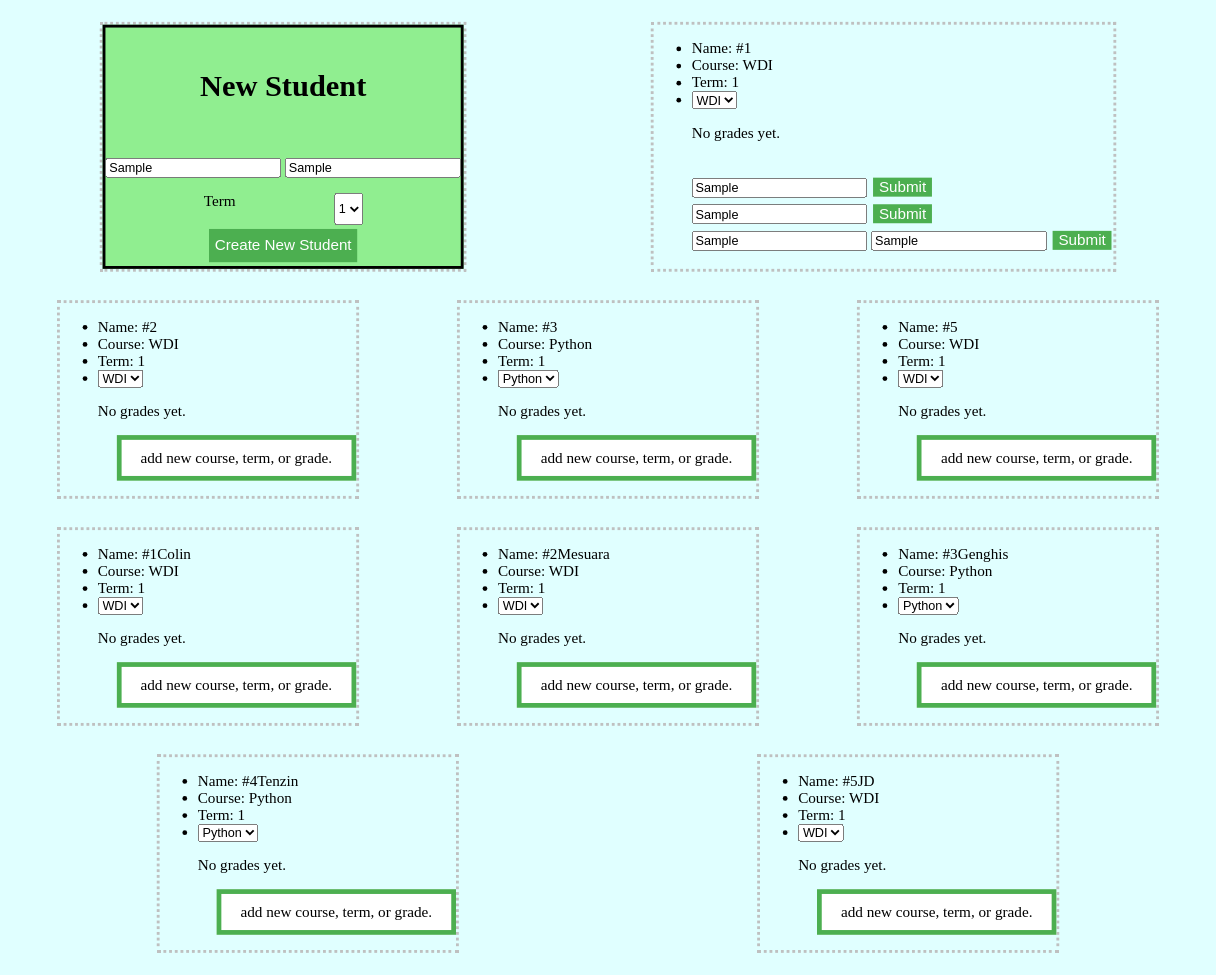
Repository: EdmontDantes/graderaide-fullstack-solution
Page: index.html
These files come from the project's save history. The page is drawn as it stood at one moment and after a run of saves; the edit follows.
The browser window is 1280 px wide. The pictures show the whole page, at 95% of full size.
Empty fields were first filled with sample values (such as "Sample", 5 or name@example.com).
After loading, the first visible `button.new-student-button` was clicked once.

Above is the page before, as saved 2020-04-22 13:47:40.

### index.html
<html lang="en">
  <head>
    <title>Graderaide</title>
    <meta charset="UTF-8">
    <meta name="viewport" content="width=device-width, initial-scale=1">
    <link rel="stylesheet" type="text/css" href="style-index.css">
  </head>

  <body>
    <section class="app">
      <section class="student-display" id="create-new-student-tile">

      <section class="new-student-input">
        <h1 id="text-h1-creation-section">New Student</h1>

        <div id="new-student-input-boxes">
          <input type="text" class="new-student-name" name="new-student-name" placeholder="Student Name">
          <input type="text" class="new-student-course" name="new-student-course" placeholder="Course">
        </div>

        <div id="new-student-input-options"
          <label for="new-student-term">Term</label>
          <select class="new-student-term" name="new-student-term">
            <option value="1">1</option>
            <option value="2">2</option>
            <option value="3">3</option>
          </select>
        </div>
        <section class="new-student-submit">
          <button type="submit" class="new-student-button">Create New Student</button>
        </section>
      </section>
    </section>

      <section class="student-display " id="student-1">
        <ul class="student-info">
          <li>Name: #1</li>
          <li>Course: WDI</li>
          <li>Term: 1</li>
          <li>
            <select class="course-selection">
              <option value="wdi">WDI</option>
            </select>
            <p>No grades yet.</p>
          </li>

          <br>
          <div id="data-grades-input student-1">
            <section>
              <!-- <label for="new-course">New Course:</label> -->
              <input type="text" name="new-course" class="new-course" placeholder="New Course">
              <button type="submit" class="submit-new-course">Submit</button>
            </section>
            <section>
              <!-- <label for="new-term">New Term For Course:</label> -->
              <input type="text" name="new-term" class="new-term" placeholder="New Term For Course">
              <button type="submit" class="submit-new-term">Submit</button>
            </section>
            <section>
              <!-- <label for="new-grade">New Grade:</label> -->
              <input type="text" name="new-grade" class="new-grade" placeholder="New Grade">
              <!-- <label for="new-grade-assignment">Assignment Name:</label> -->
              <input type="text" name="new-grade-assignment" class="new-grade-assignment" placeholder="Assignment Name">
              <button type="submit" class="submit-new-grade-assignment">Submit</button>
            </section>
          </div>
        </ul>
      </section>
      <section class="student-display">
        <ul class="student-info">
          <li>Name: #2</li>
          <li>Course: WDI</li>
          <li>Term: 1</li>
          <li>
            <select class="course-selection">
              <option value="wdi">WDI</option>
            </select>
            <p>No grades yet.</p>
          </li><a href="add.html">add new course, term, or grade.</a>
        </ul>
      </section>

      <section class="student-display">
        <ul class="student-info">
          <li>Name: #3</li>
          <li>Course: Python</li>
          <li>Term: 1</li>
          <li>
            <select class="course-selection">
              <option value="python">Python</option>
            </select>
            <p>No grades yet.</p>
          </li><a href="add.html">add new course, term, or grade.</a>
        </ul>
      </section>



      <section class="student-display">
        <ul class="student-info">
          <li>Name: #5</li>
          <li>Course: WDI</li>
          <li>Term: 1</li>
          <li>
            <select class="course-selection">
              <option value="wdi">WDI</option>
            </select>
            <p>No grades yet.</p>
          </li><a href="add.html">add new course, term, or grade.</a>
        </ul>
      </section>

      <section class="student-display">
        <ul class="student-info">
          <li>Name: #1Colin</li>
          <li>Course: WDI</li>
          <li>Term: 1</li>
          <li>
            <select class="course-selection">
              <option value="wdi">WDI</option>
            </select>
            <p>No grades yet.</p>
          </li><a href="add.html">add new course, term, or grade.</a>
        </ul>
      </section>
      <section class="student-display">
        <ul class="student-info">
          <li>Name: #2Mesuara</li>
          <li>Course: WDI</li>
          <li>Term: 1</li>
          <li>
            <select class="course-selection">
              <option value="wdi">WDI</option>
            </select>
            <p>No grades yet.</p>
          </li><a href="add.html">add new course, term, or grade.</a>
        </ul>
      </section>

      <section class="student-display">
        <ul class="student-info">
          <li>Name: #3Genghis</li>
          <li>Course: Python</li>
          <li>Term: 1</li>
          <li>
            <select class="course-selection">
              <option value="python">Python</option>
            </select>
            <p>No grades yet.</p>
          </li><a href="add.html">add new course, term, or grade.</a>
        </ul>
      </section>

      <section class="student-display">
        <ul class="student-info">
          <li>Name: #4Tenzin</li>
          <li>Course: Python</li>
          <li>Term: 1</li>
          <li>
            <select class="course-selection">
              <option value="python">Python</option>
            </select>
            <p>No grades yet.</p>
          </li><a href="add.html">add new course, term, or grade.</a>
        </ul>
      </section>

      <section class="student-display">
        <ul class="student-info">
          <li>Name: #5JD</li>
          <li>Course: WDI</li>
          <li>Term: 1</li>
          <li>
            <select class="course-selection">
              <option value="wdi">WDI</option>
            </select>
            <p>No grades yet.</p>
          </li><a href="add.html">add new course, term, or grade.</a>
        </ul>
      </section>
      </section>
    </section>
  </body>
  <script src="main.js"></script>
</html>

### style-index.css
body {
    background-color: lightcyan;
    display: flex;
    flex-wrap: wrap;
    justify-content: center;
}

.app {
    display: flex;
    flex-direction: row;
    flex-wrap: wrap;
    justify-content: space-around;
}

#text-h1-creation-section {
    display: flex;
    flex-wrap: wrap;
    justify-content: center;
    font-size: 2em;
}

#new-student-input-options {
    display: flex;
    flex-wrap: wrap;
    flex-direction: row;
    justify-content: space-evenly;
}

.new-student-submit {
    display: flex;
    flex-wrap: wrap;
    justify-content: center;
}

.new-student-input {
    display: grid;

    background-color: lightgreen;
    border: 3px solid black;

}
button {
    background-color: #4CAF50;
    border: none;
    color: white;
    text-align: center;
    text-decoration: none;
    display: inline-block;
    font-size: 16px;
    margin: 4px 2px;
    cursor: pointer;
}

.student-display {
    display: flex;
    justify-content: space-around;
    border: 3px dotted #BFC0C0;
    margin: 15px;
}

.student-info {
    display: flex;
    flex-direction: column;
    justify-content: space-evenly;
}

a {
    background-color: white;
    color: black;
    border: 5px solid #4CAF50;
    padding: 10px 20px;
    text-align: center;
    text-decoration: none;
    display: inline-block;
    font-size: 16px;
    margin-left: 20px;
}

### main.js
/******************
 * YOUR CODE HERE *
 ******************/

const Grade = (assignment, score) => {
    return {
        assignment,
        score,
    }
}

const Term = () => {
    return {
    grades: [],

    addGrade: function(assignment, score) {
        const grade = Grade(assignment, score);
        this.grades.push(grade);
    },
    }
}

const Course = (name) => {
    return {
    name,
    terms: [Term()],

    addTerm: function() {
        const term = Term();
        this.terms.push(term);
    }
    }
}

const Student = (name, course, term = 1) => {
    return {
    name,
    course,
    term,
    courses: [Course(course)],

    addCourse: function(course) {
        this.courses.push(Course(course));
        this.course = course;
    },

    getAverage: function(courseToFind = this.course, termIndex = this.term - 1) {
        let foundCourse;
        for (const course of this.courses) {
        if (course.name === courseToFind) {
            foundCourse = course;
        }
        }

        const grades = foundCourse.terms[termIndex].grades;
        if (grades.length === 0) {
        return 'No grades yet.'
        }

        let sum = 0;
        for (const grade of grades) {
        sum += grade.score;
        }

        return sum / grades.length;
    },
    }
}

// const createNewStudentTileQuery = document.querySelector('#create-new-student-tile');
const newStudentNameQuery = document.querySelector('.new-student-name');
const newStudentCourseNameQuery = document.querySelector('.new-student-course');
const newStudentTermNumOptionQuery = document.querySelector('.new-student-term');
const btnNewStudentSubmitQuery = document.querySelector('.new-student-button');

const newStudentTile = function() {

    name = newStudentNameQuery.value;
    course = newStudentCourseNameQuery.value;
    termNum = newStudentTermNumOptionQuery.value;

    let newStudent = Student(name, course, termNum = 1);
    console.log(newStudent);
    const studentDisplay = document.createElement('div');
    studentDisplay.className = 'student-display';
    let numId = document.querySelectorAll('.student-display')

    studentDisplay.id = `student-${numId.length}`;
    const studentInfo = document.createElement('ul');
    const nameItem = document.createElement('li');
    const courseItem = document.createElement('li');
    const termItem  = document.createElement('li');

    nameItem.innerText = `Name: ${Student.name}`;
    courseItem.innerText = `Course: ${Student.course}`;
    termItem.innerText = `Term: ${Student.term}`;


    studentInfo.classList.add('student-info');
    studentInfo.appendChild(nameItem);
    studentInfo.appendChild(courseItem);
    studentInfo.appendChild(termItem);
    // someParentElement.appendChild(studentInfo);
    studentDisplay.append(studentInfo);
    document.querySelector('#app')
}

btnNewStudentSubmitQuery.addEventListener('click', newStudentTile);

After the next 4 saves:
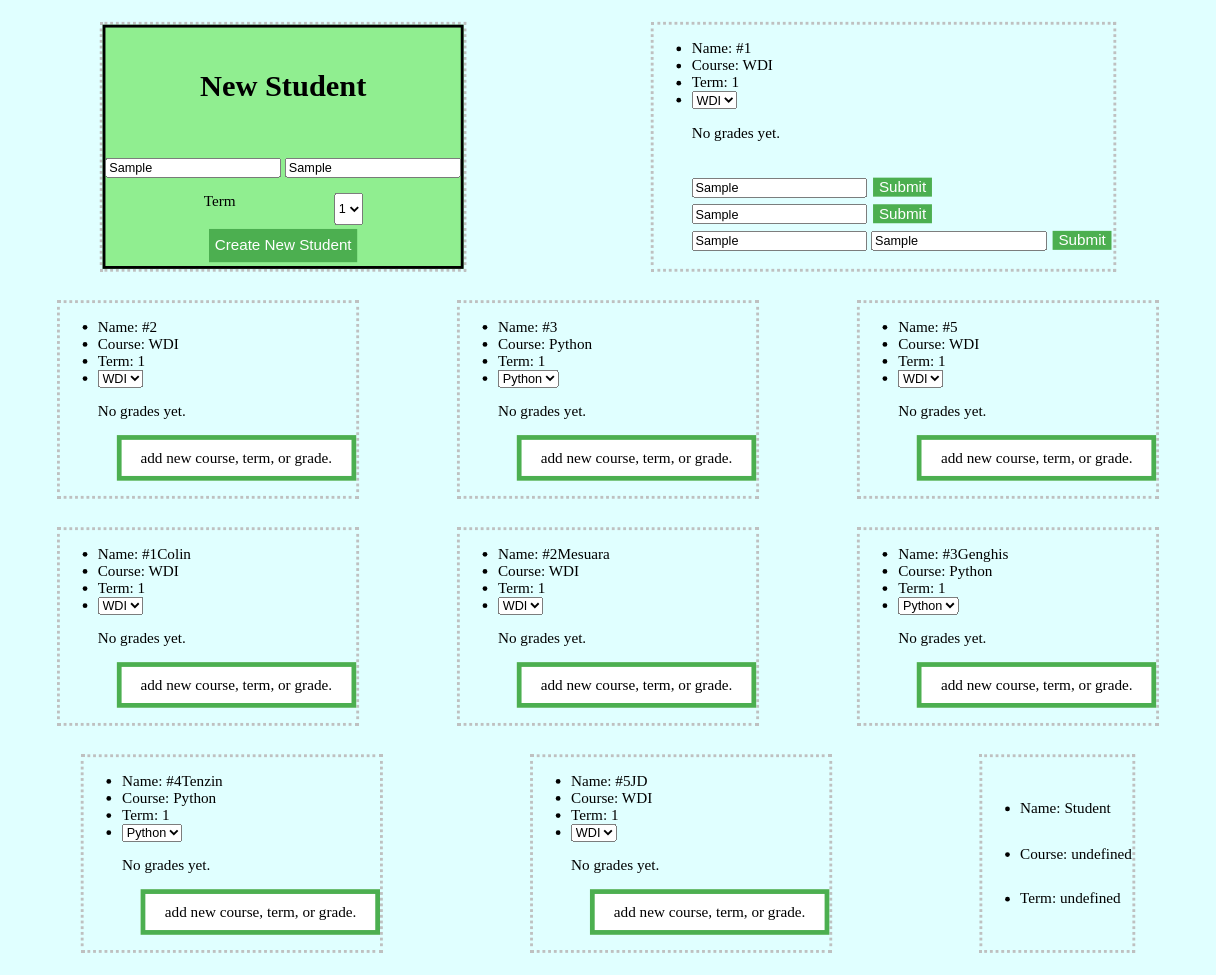
The 4 saves are shown as one change because they came seconds apart.
The last was saved 17 s later.
--- a/main.js
+++ b/main.js
@@ -102,7 +102,7 @@ const newStudentTile = function() {
     studentInfo.appendChild(termItem);
     // someParentElement.appendChild(studentInfo);
     studentDisplay.append(studentInfo);
-    document.querySelector('#app')
+    document.querySelector('.app').append(studentDisplay)
 }
 
 btnNewStudentSubmitQuery.addEventListener('click', newStudentTile);

After the 3 saves that followed:
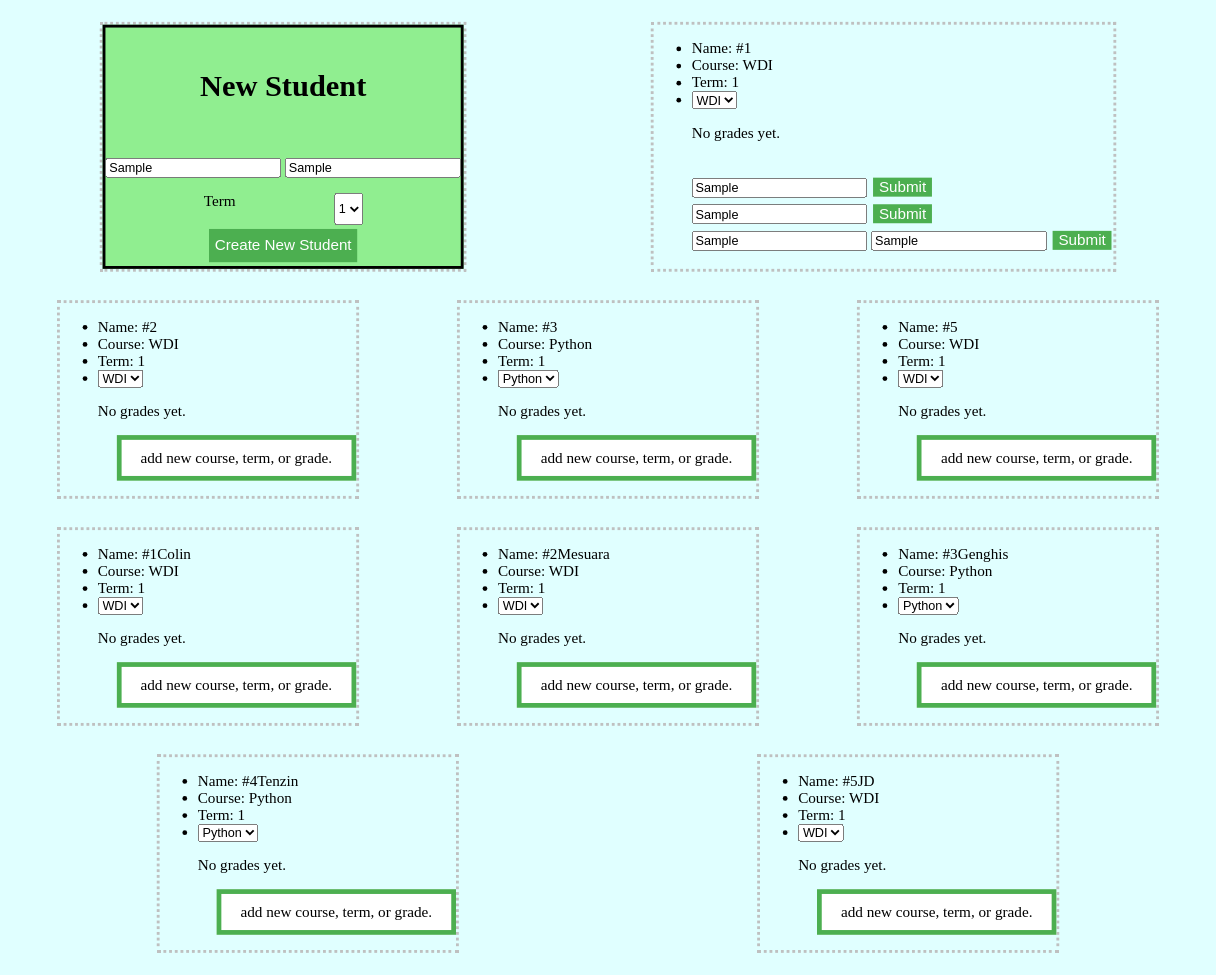
Console error: ReferenceError: NewStudent is not defined
The 3 saves are shown as one change because they came seconds apart.
The last was saved 112 s later.
--- a/main.js
+++ b/main.js
@@ -91,8 +91,8 @@ const newStudentTile = function() {
     const courseItem = document.createElement('li');
     const termItem  = document.createElement('li');
 
-    nameItem.innerText = `Name: ${Student.name}`;
-    courseItem.innerText = `Course: ${Student.course}`;
+    nameItem.innerText = `Name: ${NewStudent.name}`;
+    courseItem.innerText = `Course: ${NewStudent.course}`;
     termItem.innerText = `Term: ${Student.term}`;
 
 
